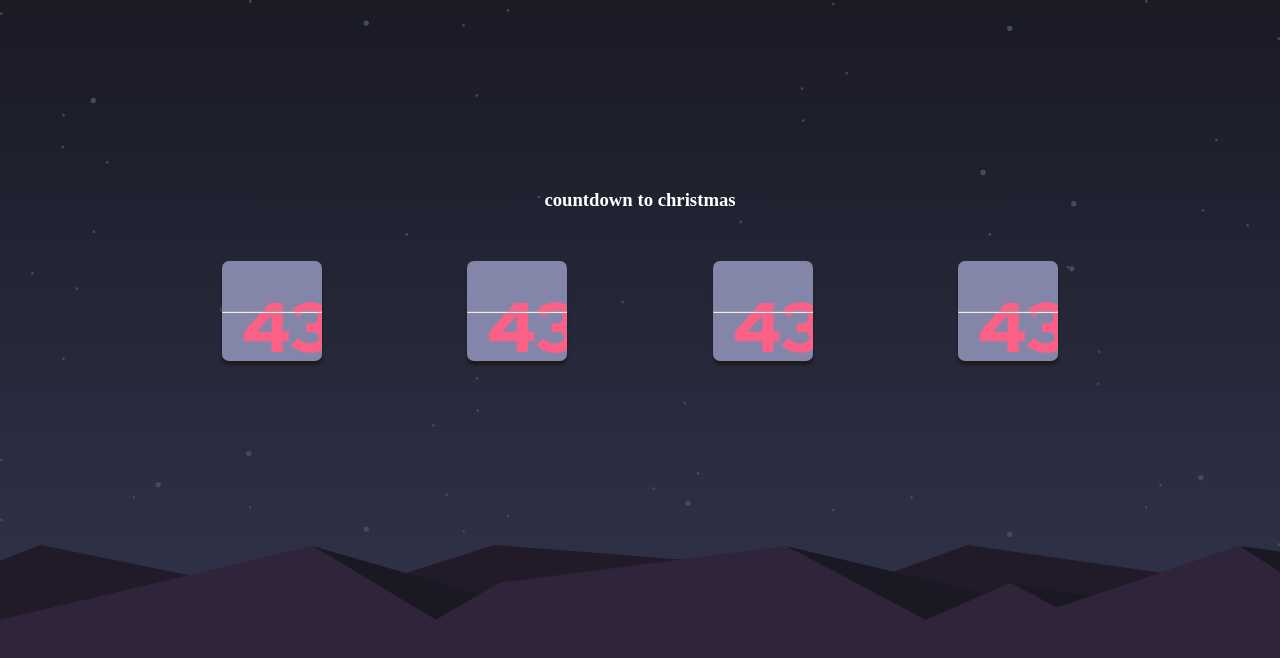
Repository: Eugene44-hub/countdown
Page: index.html
The author's editor kept a copy of each file at every save. The page is drawn from the files as they stood at one save, then again after the next save.
The browser window is 1280 px wide. The pictures show the whole page.

Above is the page before, as saved 2021-09-12 03:20:59.

### index.html
<!DOCTYPE html>
<html lang="en">

<head>
    <meta charset="UTF-8">
    <meta http-equiv="X-UA-Compatible" content="IE=edge">
    <meta name="viewport" content="width=device-width, initial-scale=1.0">
    <title>Document</title>
    <link rel="stylesheet" href="style.css">
</head>

<body>
    <div class="container">


        <div class="timer ">
            <h3 class="col10">countdown to christmas</h3>
            <div class="card">
                <p>43</p>
                <hr> </div>
            <div class="card">
                <p>43</p>
                <hr>
            </div>
            <div class="card">
                <p>43</p>
                <hr>
            </div>
            <div class="card">
                <p>43</p>
                <hr>
            </div>

        </div>

    </div>
    <script src="app.js"></script>

</body>

</html>

</html>

### style.css
@import url('https://fonts.googleapis.com/css2?family=Red+Hat+Text:wght@700&display=swap');
* {
    padding: 0;
    margin: 0;
    box-sizing: border-box;
}

body {
    /* background-color: hsl(235, 16%, 14%); */
    /* background-color: hsl(234, 17%, 12%); */
    background-image: url('images/pattern-hills.svg'), url('images/bg-stars.svg'), linear-gradient( hsl(235, 18%, 12%), hsl(236, 21%, 26%));
    background-position: bottom, top;
    background-repeat: no-repeat, repeat;
    background-size: contain;
    background-attachment: fixed;
}

.container {
    display: flex;
    width: 100%;
    height: 500px;
    flex-wrap: wrap;
    text-align: center;
}

.col10 {
    flex: 100%;
    margin: auto;
}

h3 {
    color: white;
    padding: 50px;
}

.timer {
    margin: auto;
    display: flex;
    flex-wrap: wrap;
    justify-content: space-between;
    padding: 30px;
    width: 70%;
}

.card {
    background-color: hsl(237, 18%, 59%);
    padding: 20px;
    width: 100px;
    height: 100px;
    position: relative;
    overflow: hidden;
    box-shadow: 0px 4px 3px rgb(29, 27, 27);
    border-radius: 7px;
    display: flex;
}

p {
    margin: auto;
    font-size: 70px;
    font-family: 'Red Hat Text';
    color: hsl(345, 95%, 68%);
}

hr {
    position: absolute;
    width: 100%;
    top: 50%;
    left: 0%;
}


/* timer color  hsl(345, 95%, 68%)
timer card color hsl(237, 18%, 59%)
* /

### app.js
const proposed = new Date('2021-12-25');
const current = new Date();

const proArr = [proposed.getHours(), proposed.getMinutes(), proposed.getSeconds(), proposed.getDay(), proposed.getMonth()]
console.log('proposed days:' + (((proArr.at(-1) * 31) - 7) + proposed.getDate()));
console.log('current days:' + (((current.getMonth() * 31) - 5) + current.getDate()));

console.log((((proArr.at(-1) * 31) - 7) + proposed.getDate()) - (((current.getMonth() * 31) - 5) + current.getDate()) + 'days to christmas');

console.log('hours:' + (24 - current.getHours()));
console.log('minutes:' + (60 - current.getMinutes()));
console.log('hours:' + (60 - current.getSeconds()));

// let cal = proposed. - current;
// console.log(proposed);
// console.log(current.getDate());
// console.log(proArr.at(-1) + 1);
// let another = new Date(cal);
// console.log(another)
//359-253 propsed day - current day(mth*31-7) for september minus 6

After the next save:
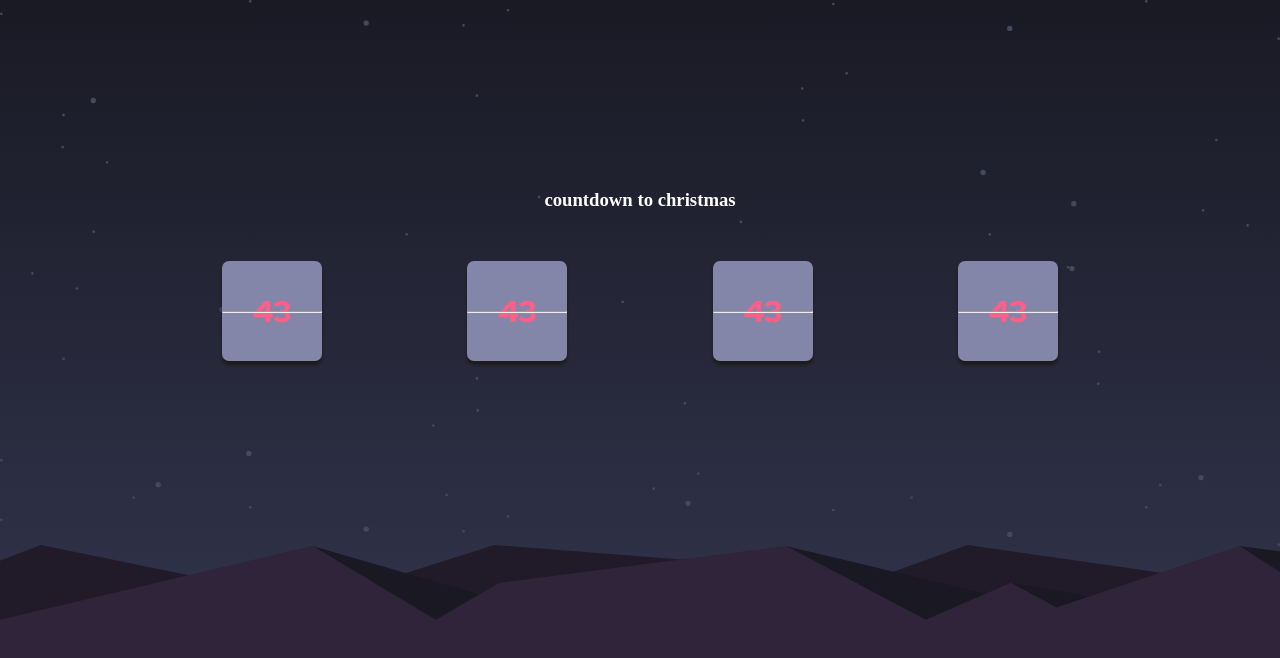
Saved 10 s later.
--- a/style.css
+++ b/style.css
@@ -56,7 +56,7 @@ h3 {
 
 p {
     margin: auto;
-    font-size: 70px;
+    font-size: 30px;
     font-family: 'Red Hat Text';
     color: hsl(345, 95%, 68%);
 }
